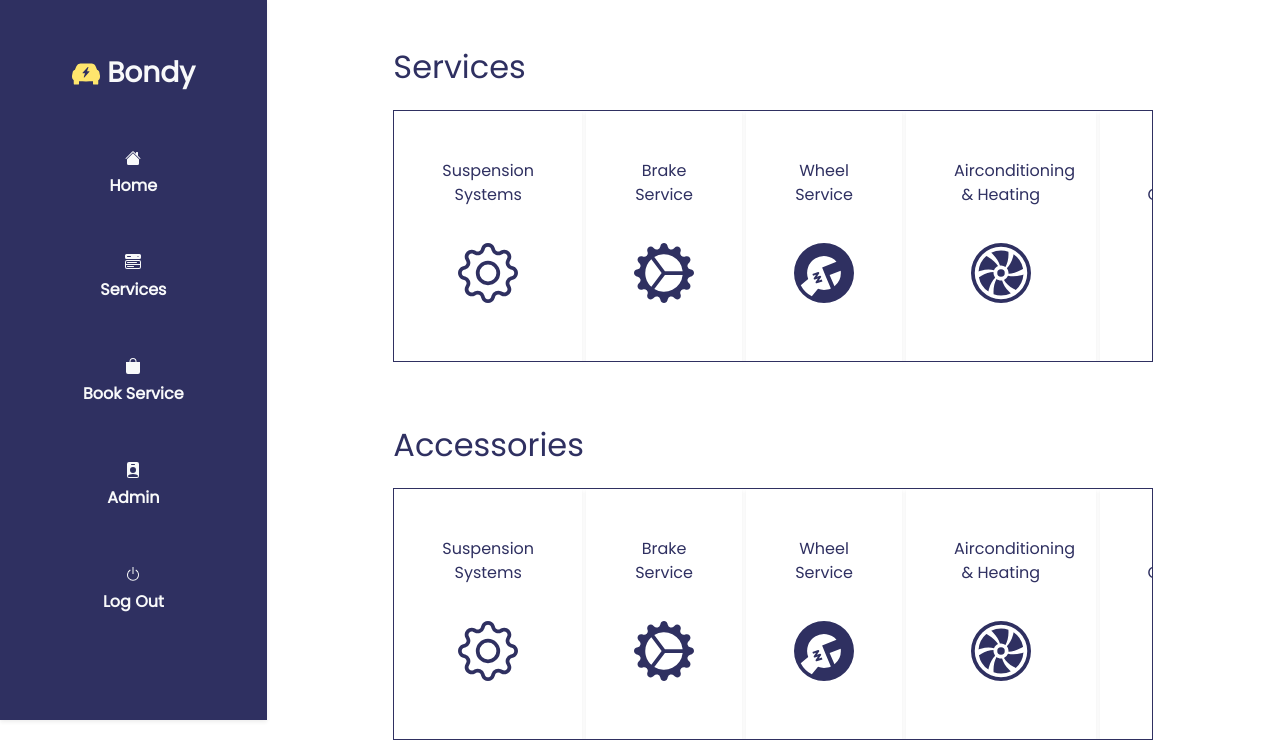
Repository: duzzisantos/bondy
Page: /
An editor plug-in stored every save of this project. The page is shown before and after the next save, followed by the edit.
The browser window is 1280 px wide. The pictures show the whole page.
Some web libraries are served in a nearby version. The project was rebuilt for these pictures with package versions that can differ from the ones it lists, and the page was loaded fresh each time.

Above is the page before, as saved 2023-06-18 01:04:26.

After the next save:
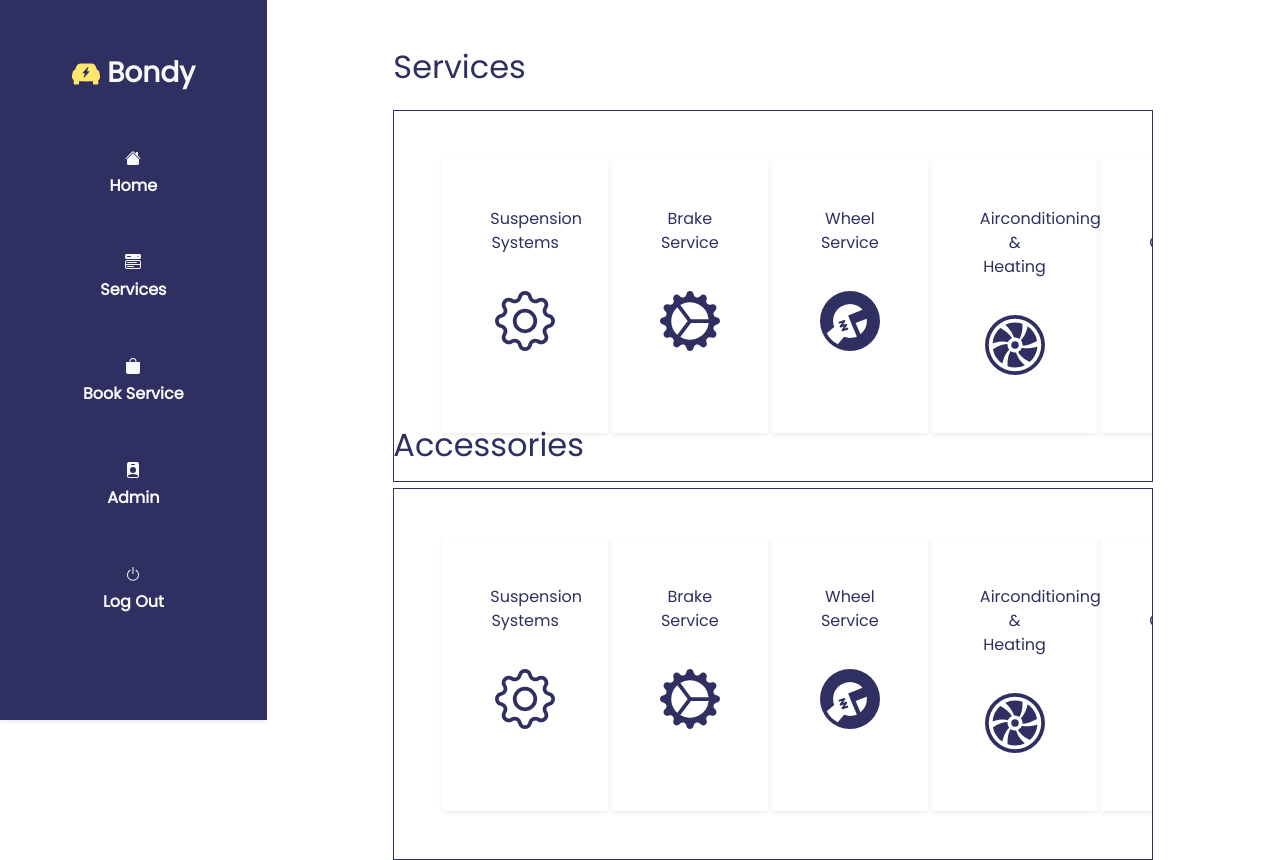
Saved 47 s later.
--- a/src/components/Home/LandingPageScrollContainer.tsx
+++ b/src/components/Home/LandingPageScrollContainer.tsx
@@ -15,7 +15,7 @@
   return (
     <section className="col-9 scroll-container-size">
       <h2 className="text-start mb-4 custom-color">{category}</h2>
-      <div className="overflow-x-scroll d-flex flex-row hstack gap-1 custom-border rounded-bottom-0">
+      <div className="overflow-x-scroll d-flex flex-row hstack gap-1 custom-border p-5">
         {content.map((element, index) => (
           <Link
             to={`/services/${element.category}`}

After the save that followed:
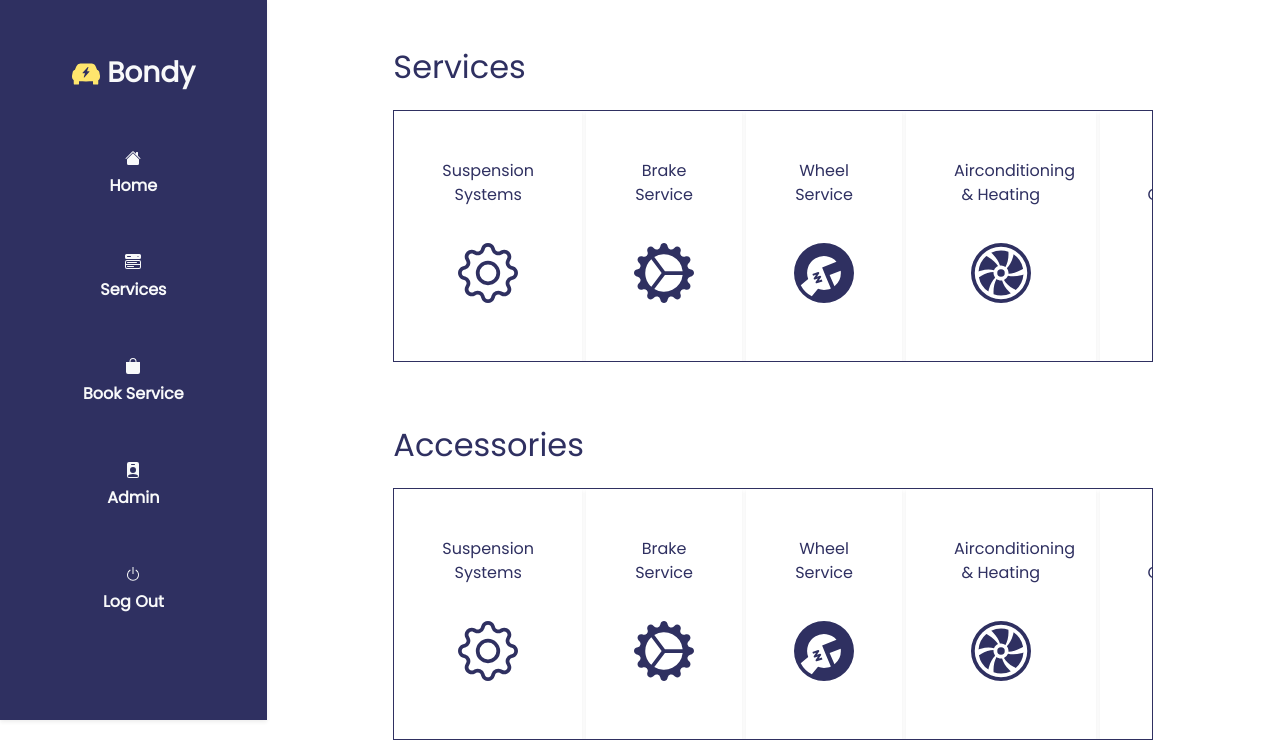
Saved 7 s later.
--- a/src/components/Home/LandingPageScrollContainer.tsx
+++ b/src/components/Home/LandingPageScrollContainer.tsx
@@ -15,7 +15,7 @@
   return (
     <section className="col-9 scroll-container-size">
       <h2 className="text-start mb-4 custom-color">{category}</h2>
-      <div className="overflow-x-scroll d-flex flex-row hstack gap-1 custom-border p-5">
+      <div className="overflow-x-scroll d-flex flex-row hstack gap-1 custom-border ">
         {content.map((element, index) => (
           <Link
             to={`/services/${element.category}`}
